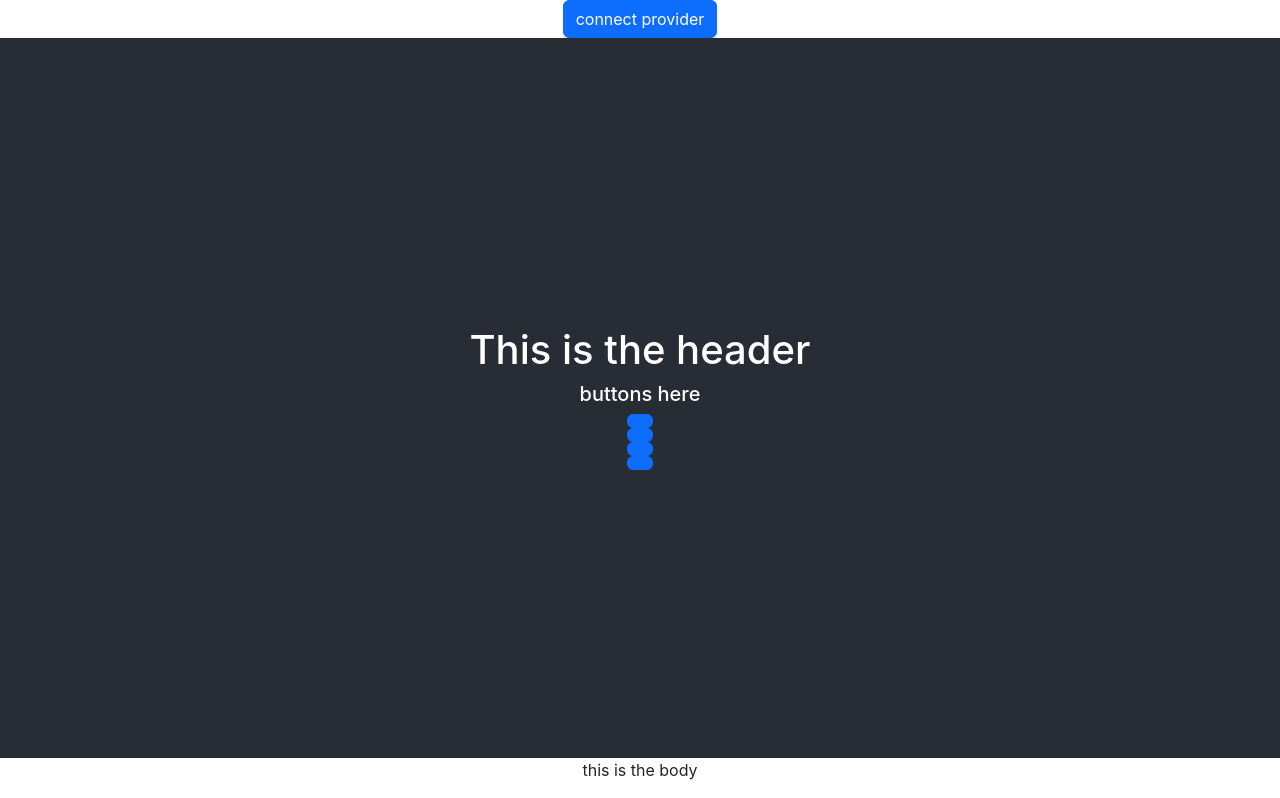
Repository: EyanIngles/AR
Page: /
An editor plug-in stored every save of this project. The page is shown before and after the next save, followed by the edit.
The browser window is 1280 px wide. The pictures show the whole page.
The project was rebuilt for these pictures with package versions that can differ from the ones it lists, and the page was loaded fresh each time.

Above is the page before, as saved 2024-05-29 12:31:16.

After the next save:
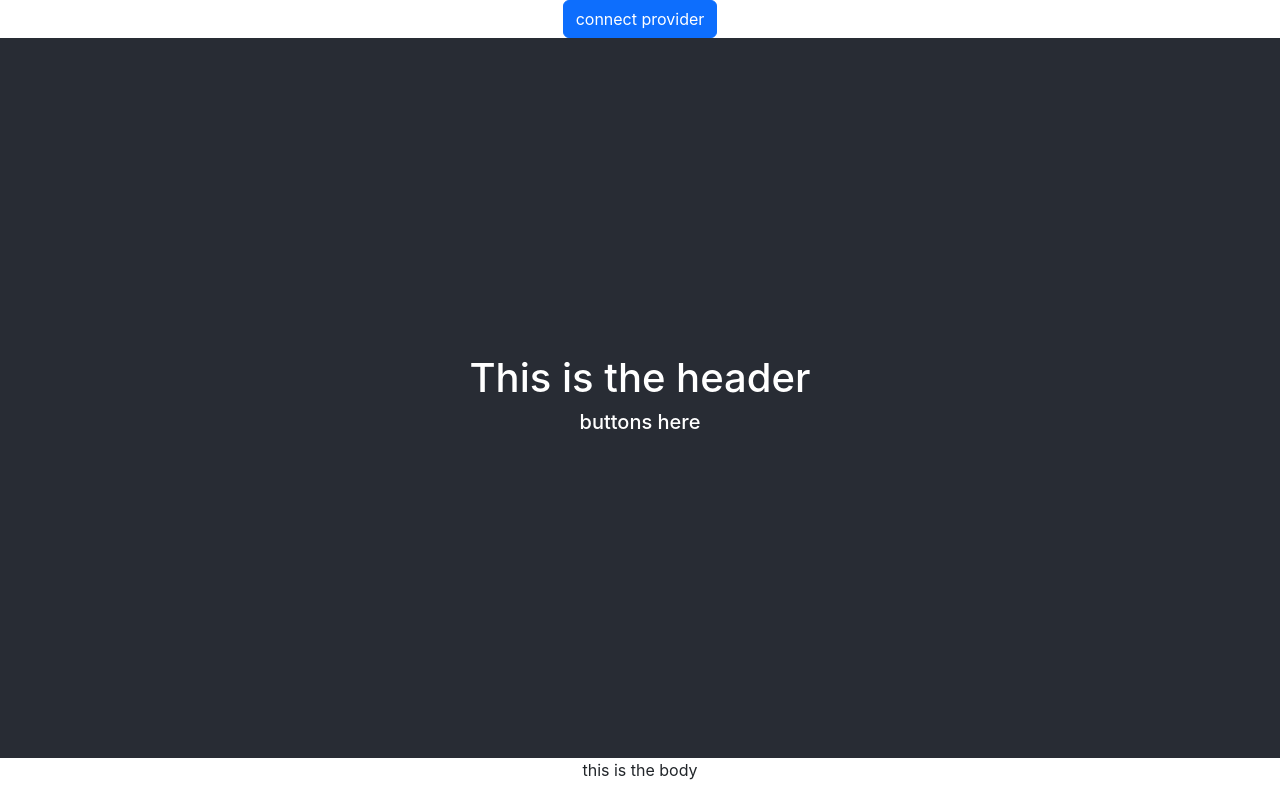
Saved 49 s later.
--- a/src/App.js
+++ b/src/App.js
@@ -49,10 +49,6 @@ useEffect(() => {
       <header className="App-header">
         <h1 className='h1'>This is the header</h1>
         <h5>buttons here</h5>
-        <Button>{}</Button>
-        <Button>{}</Button>
-        <Button>{}</Button>
-        <Button>{}</Button>
       </header>
       <div>
         <p>this is the body</p>
